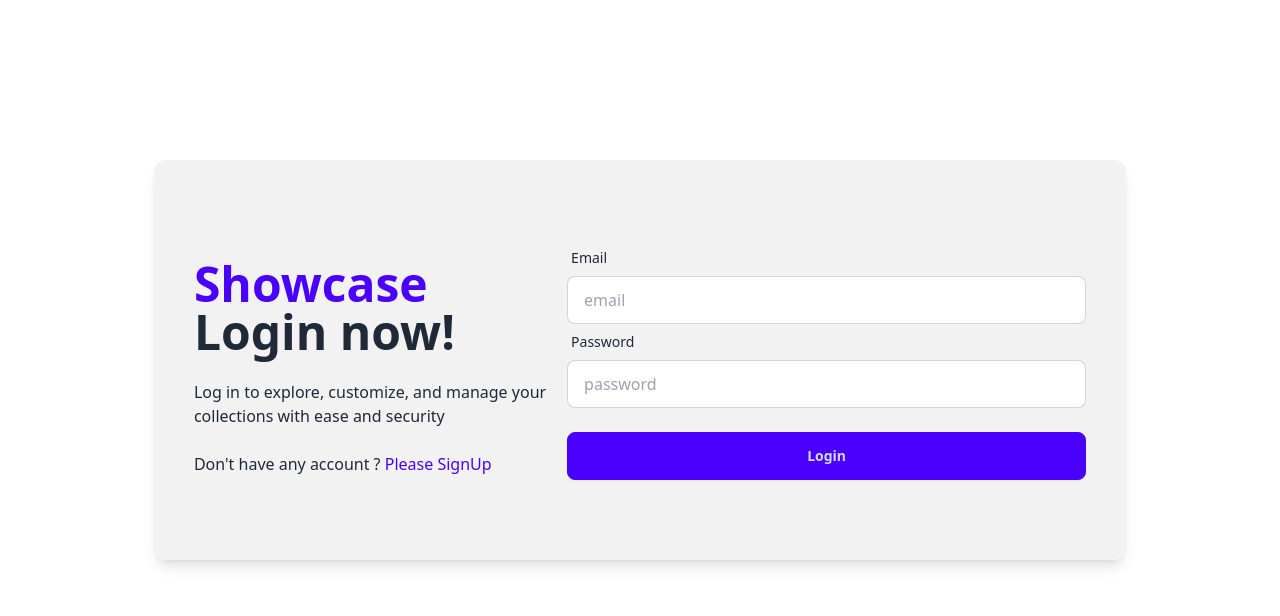
Repository: ShouravAhammed/Showcase
Page: /Login
These files come from the project's save history. The page is drawn as it stood at one moment and after the next save; the edit follows.
The browser window is 1280 px wide. The pictures show the whole page.
The project was rebuilt for these pictures with package versions that can differ from the ones it lists, and the page was loaded fresh each time. Also part of the build but not shown: vite.config.js, src/Pages/SignUp/SignUp.jsx, src/Components/Shared/Navbar.jsx, src/Layouts/Root.jsx, src/Pages/Home/Home.jsx.

Above is the page before, as saved 2024-08-19 02:15:31.

### src/main.jsx
import { StrictMode } from 'react'
import { createRoot } from 'react-dom/client'
import {
  RouterProvider,
} from "react-router-dom";
import './index.css'
import router from './Routes/Routes';

createRoot(document.getElementById('root')).render(
  <StrictMode>
    <RouterProvider router={router}/>
  </StrictMode>,
)

### src/index.css
/* Fonts from google fonts */
@import url('https://fonts.googleapis.com/css2?family=Poppins:ital,wght@0,100;0,200;0,300;0,400;0,500;0,600;0,700;0,800;0,900;1,100;1,200;1,300;1,400;1,500;1,600;1,700;1,800;1,900&display=swap');

@tailwind base;
@tailwind components;
@tailwind utilities;

### src/Routes/Routes.jsx
import {
    createBrowserRouter,
} from "react-router-dom";
import SignUp from "../Pages/SignUp/SignUp";
import Login from "../Pages/Login/Login";
import Root from "../Layouts/Root";
import Home from "../Pages/Home/Home";

const router = createBrowserRouter([
    {
      path: "/",
      element: <Root/>,
      children: [
        {
          path: "/",
          element: <Home/>
        },
      ]
    },
    {
        path: "/signUp",
        element: <SignUp/>
    },
    {
        path: "/Login",
        element: <Login/>
    }
  ]);
export default router;

### src/Pages/Login/Login.jsx
import { Link } from "react-router-dom";


const Login = () => {

    const handleLogin = () => {

    }

    return (
        <div className="min-h-screen flex justify-center items-center">
        <div className="  bg-base-200 shadow-lg h-1/2 py-20 rounded-xl">
            <div className="flex flex  gap-5 lg:flex-row-reverse px-10 ">

                <div className="  w-full max-w-xl ">
                    <form className="" onSubmit={handleLogin}>
                        <div className="form-control">
                            <label className="label">
                                <span className="label-text">Email</span>
                            </label>
                            <input name="email" type="email" placeholder="email" className="input input-bordered" required />
                        </div>
                        <div className="form-control">
                            <label className="label">
                                <span className="label-text">Password</span>
                            </label>
                            <input name="password" type="password" placeholder="password" className="input input-bordered" required />

                        </div>
                        <div className="form-control mt-6">
                            <button className="btn btn-primary">Login</button>
                        </div>
                    </form>
                </div>
                <div className="text-center lg:text-left max-w-2xl mt-5">

                    <div>
                        <h1 className="text-5xl font-bold text-primary">Showcase </h1>
                        <h1 className="text-5xl font-bold">Login now!</h1>
                        <p className="py-6">
                        Log in to explore, customize, and manage your collections with ease and security
                        </p>

                    </div>
                    <div>
                        <p>Don't  have any account ? <Link className="text-primary" to={'/register'}>Please SignUp </Link></p>
                    </div>
                </div>
            </div>
        </div>
    </div>
    );
};

export default Login;

### tailwind.config.js
/** @type {import('tailwindcss').Config} */
import daisyui from "daisyui";
export default {
content: ["./index.html", "./src/**/*.{js,ts,jsx,tsx}"],
theme: {
extend: {
  fontFamily: {
    "Poppins": 'font-family: "Poppins", sans-serif;',
  },
},
},
plugins: [daisyui],
daisyui: { themes: ["light"] },
};

Loaded but not shown: index.html (common file)

After the next save:
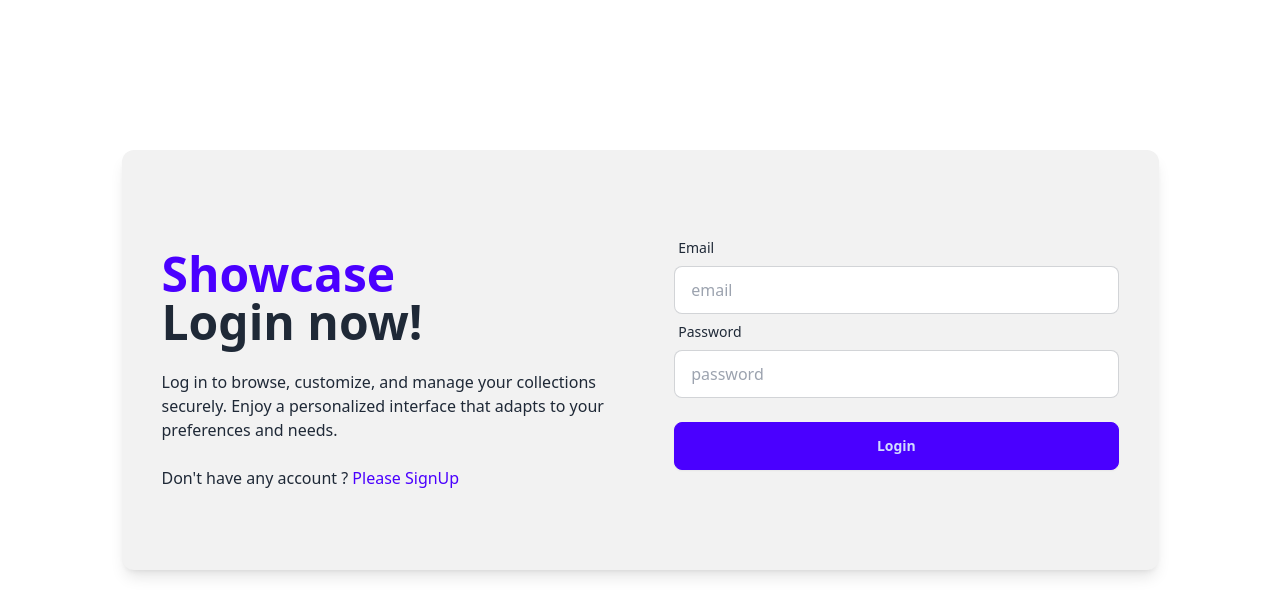
Saved 64 s later.
--- a/src/Pages/Login/Login.jsx
+++ b/src/Pages/Login/Login.jsx
@@ -38,7 +38,7 @@ const Login = () => {
                         <h1 className="text-5xl font-bold text-primary">Showcase </h1>
                         <h1 className="text-5xl font-bold">Login now!</h1>
                         <p className="py-6">
-                        Log in to explore, customize, and manage your collections with ease and security
+                        Log in to browse, customize, and manage your collections securely. Enjoy a personalized interface that adapts to your preferences and needs.
                         </p>
 
                     </div>
